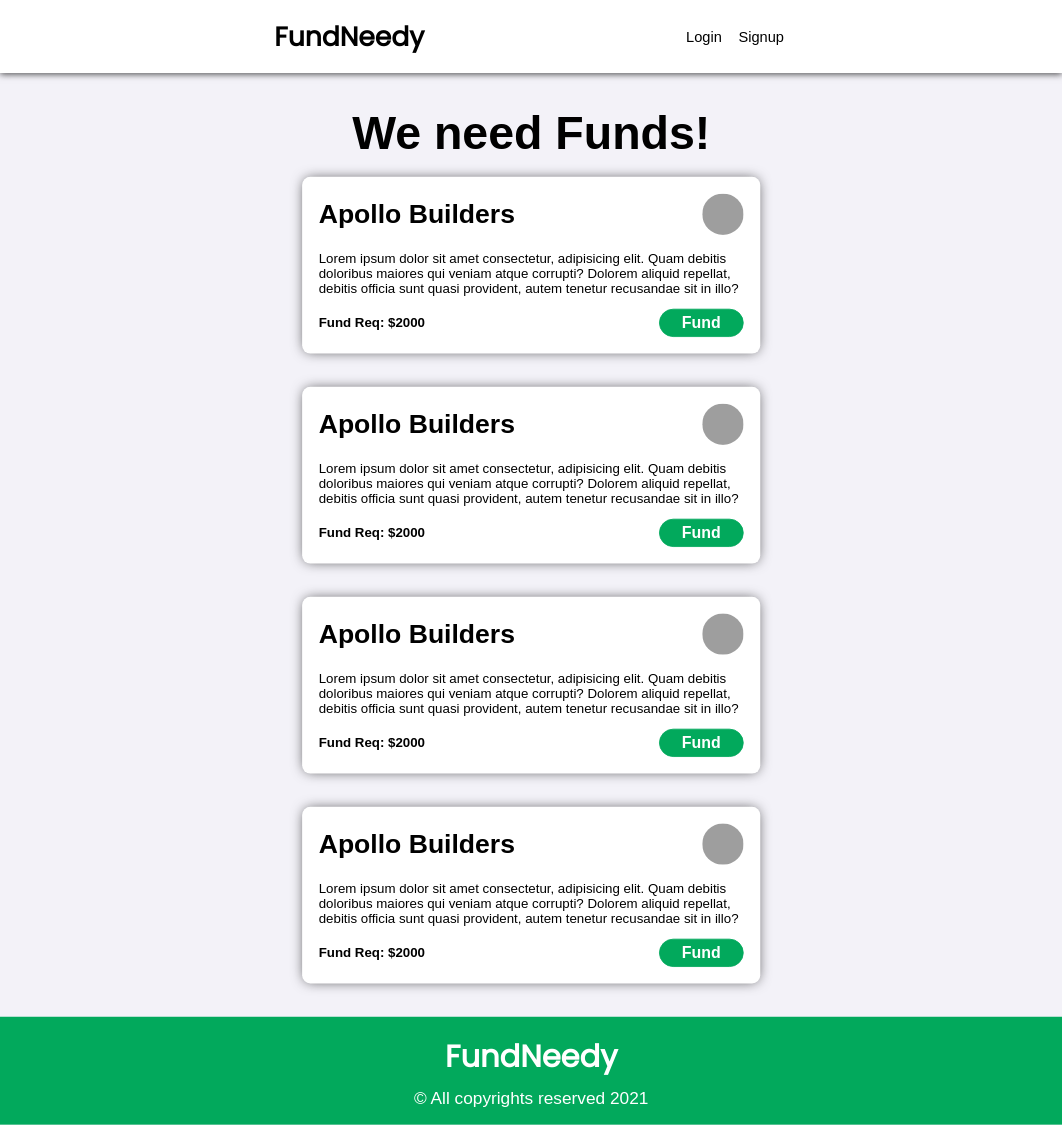
Repository: osdc/codejam
Page: /needies (app in sassy-sandwiches/fund-needy/)
The author's editor kept a copy of each file at every save. The page is drawn from the files as they stood at one save, then again after the next save.
The browser window is 1280 px wide. The pictures show the whole page, at 83% of full size.
Pictures or frames that could not be fetched are drawn as grey boxes. The project was rebuilt for these pictures with package versions that can differ from the ones it lists, and the page was loaded fresh each time. Also part of the build but not shown: sassy-sandwiches/fund-needy/src/Showcase.css, sassy-sandwiches/fund-needy/src/Showcase.js.

Above is the page before, as saved 2021-01-09 19:49:52.

### sassy-sandwiches/fund-needy/src/App.js
import React from "react";
import "./App.css";
import Navbar from "./Navbar";
import Showcase from "./Showcase";
import Needies from "./Needies";
import Footer from "./Footer";
import { BrowserRouter as Router, Route, Switch } from "react-router-dom";

function App() {
  return (
    <div className="App">
      <Router>
        <Navbar />
        <Switch>
          <Route exact path="/" component={Showcase} />
          <Route path="/needies" component={Needies} />
        </Switch>
        <Footer />
      </Router>
    </div>
  );
}

export default App;

### sassy-sandwiches/fund-needy/src/App.css
* {
  margin: 0;
  padding: 0;
  font-family: Arial, Helvetica, sans-serif;
}

body {
  background-color: #f3f2f8;
}

### sassy-sandwiches/fund-needy/src/Navbar.js
import React from "react";
import "./Navbar.css";

function Navbar() {
  return (
    <div className="navbar">
      <div className="navbar_logo">
        <h1>FundNeedy</h1>
      </div>
      <div className="navbar_login_signup">
        <button>Login</button>
        <button>Signup</button>
      </div>
    </div>
  );
}

export default Navbar;

### sassy-sandwiches/fund-needy/src/Needies.js
import React from "react";
import "./Needies.css";
import Needy from "./Needy";

function Needies() {
  return (
    <div className="needies">
      <div className="needies_headline">
        <h1>We need Funds!</h1>
        <Needy />
        <Needy />
        <Needy />
        <Needy />
      </div>
    </div>
  );
}

export default Needies;

### sassy-sandwiches/fund-needy/src/Footer.js
import React from "react";
import "./Footer.css";

function Footer() {
  return (
    <div className="footer">
      <h1>FundNeedy</h1>
      <p>© All copyrights reserved 2021</p>
    </div>
  );
}

export default Footer;

### sassy-sandwiches/fund-needy/src/Navbar.css
@import url("https://fonts.googleapis.com/css2?family=Poppins&display=swap");

.navbar {
  display: flex;
  align-items: center;
  justify-content: space-evenly;
  padding: 20px;
  -webkit-box-shadow: 0px 1px 8px 0px rgba(0, 0, 0, 0.75);
  -moz-box-shadow: 0px 1px 8px 0px rgba(0, 0, 0, 0.75);
  box-shadow: 0px 1px 8px 0px rgba(0, 0, 0, 0.75);
  background-color: #fff;
  /* position: sticky; */
  top: 0;
  z-index: 10000;
}

.navbar_logo > h1 {
  font-family: "Poppins", sans-serif;
}

.navbar_login_signup {
  display: flex;
  align-items: center;
  justify-content: space-between;
}

.navbar_login_signup > button:nth-of-type(1) {
  margin-right: 10px;
}

.navbar_login_signup > button {
  padding: 5px;
  font-size: 1.1rem;
  outline: none;
  border: none;
  background-color: #fff;
  cursor: pointer;
  width: 100%;
}

### sassy-sandwiches/fund-needy/src/Needies.css
.needies_headline > h1 {
  font-size: 3.5rem;
  text-align: center;
  margin-top: 20px;
  padding: 20px;
}

### sassy-sandwiches/fund-needy/src/Needy.js
import React from "react";
import "./Needy.css";

function Needy() {
  return (
    <div className="needy">
      <div className="needy_header">
        <h1>Apollo Builders</h1>
        <img
          src="https://i.pinimg.com/originals/ba/fc/15/bafc1525cef9606c5c064694ca8e60fb.jpg"
          alt=""
        />
      </div>
      <div className="needy_body">
        <p>
          Lorem ipsum dolor sit amet consectetur, adipisicing elit. Quam debitis
          doloribus maiores qui veniam atque corrupti? Dolorem aliquid repellat,
          debitis officia sunt quasi provident, autem tenetur recusandae sit in
          illo?
        </p>
      </div>
      <div className="needy_footer">
        <p>
          <strong>Fund Req: $2000</strong>
        </p>
        <button>Fund</button>
      </div>
    </div>
  );
}

export default Needy;

### sassy-sandwiches/fund-needy/src/Footer.css
.footer {
  text-align: center;
  background-color: #02a95c;
  color: #fff;
  padding: 20px;
}

.footer > h1 {
  font-size: 2.3rem;
  font-family: "Poppins";
}

.footer > p {
  font-size: 1.3rem;
  font-weight: 400;
  margin-top: 10px;
}

### sassy-sandwiches/fund-needy/src/Needy.css
.needy {
  width: 40%;
  background-color: #fff;
  padding: 20px;
  border-radius: 10px;
  -webkit-box-shadow: 0px 0px 15px -3px rgba(0, 0, 0, 0.75);
  -moz-box-shadow: 0px 0px 15px -3px rgba(0, 0, 0, 0.75);
  box-shadow: 0px 0px 15px -3px rgba(0, 0, 0, 0.75);
  margin: auto;
  margin-bottom: 40px;
}

.needy_header {
  display: flex;
  align-items: center;
  justify-content: space-between;
}

.needy_header > img {
  height: 50px;
  width: 50px;
  border-radius: 50%;
}

.needy_body {
  margin-top: 20px;
}

.needy_footer {
  display: flex;
  align-items: center;
  justify-content: space-between;
  margin-top: 15px;
}

.needy_footer > button {
  font-size: 1.2rem;
  width: 20%;
  border-radius: 30px;
  outline: none;
  background-color: #02a95c;
  color: #fff;
  font-weight: 700;
  padding: 5px;
  border: 1px solid #02a95c;
  cursor: pointer;
}

Loaded but not shown: sassy-sandwiches/fund-needy/public/index.html (common file); sassy-sandwiches/fund-needy/src/index.js (common file); sassy-sandwiches/fund-needy/src/index.css (common file)

After the next save:
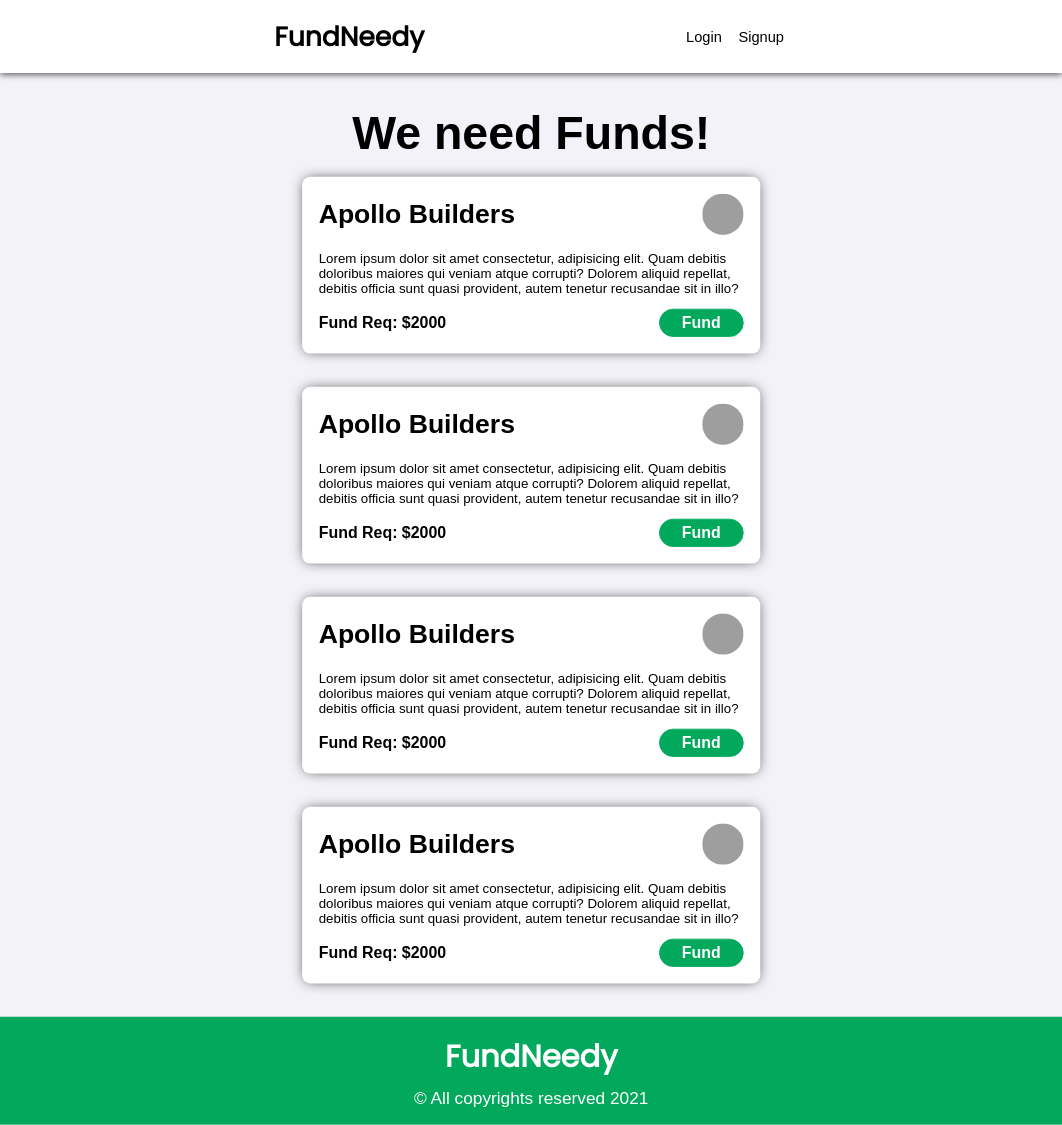
Saved 5 min 58 s later.
--- a/sassy-sandwiches/fund-needy/src/Needy.css
+++ b/sassy-sandwiches/fund-needy/src/Needy.css
@@ -33,6 +33,10 @@
   margin-top: 15px;
 }
 
+.needy_footer > p {
+  font-size: 1.2rem;
+}
+
 .needy_footer > button {
   font-size: 1.2rem;
   width: 20%;
